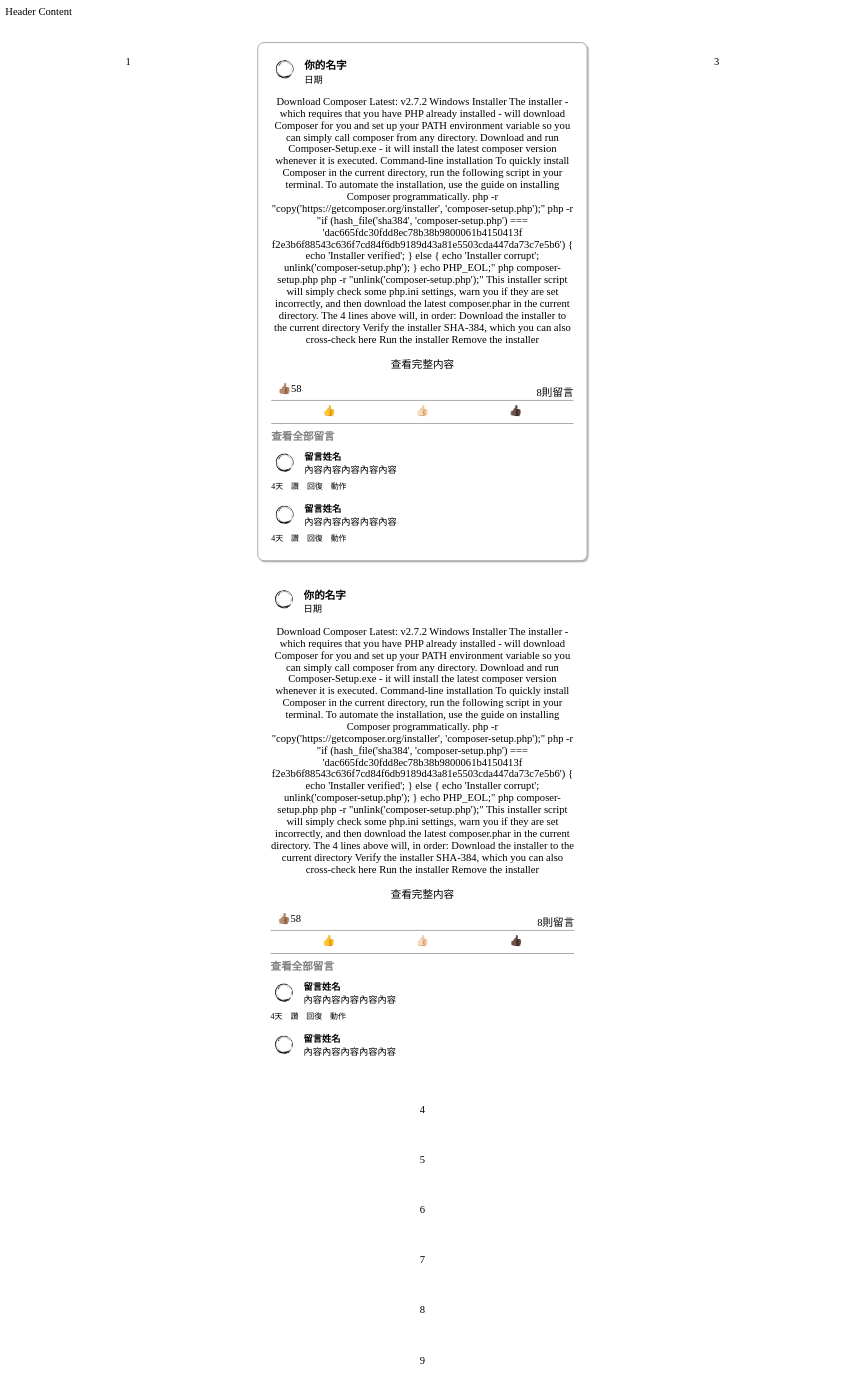
Repository: yuchiyang123/index_view
Page: http://localhost/
These files come from the project's save history. The page is drawn as it stood at one moment and after the next save; the edit follows.
The browser window is 1280 px wide. The pictures show the whole page, at 66% of full size.
The page is run by PHP 8.4 with error messages shown; the project is at /var/www/html/.

Above is the page before, as saved 2024-03-27 12:03:11.

After the next save:
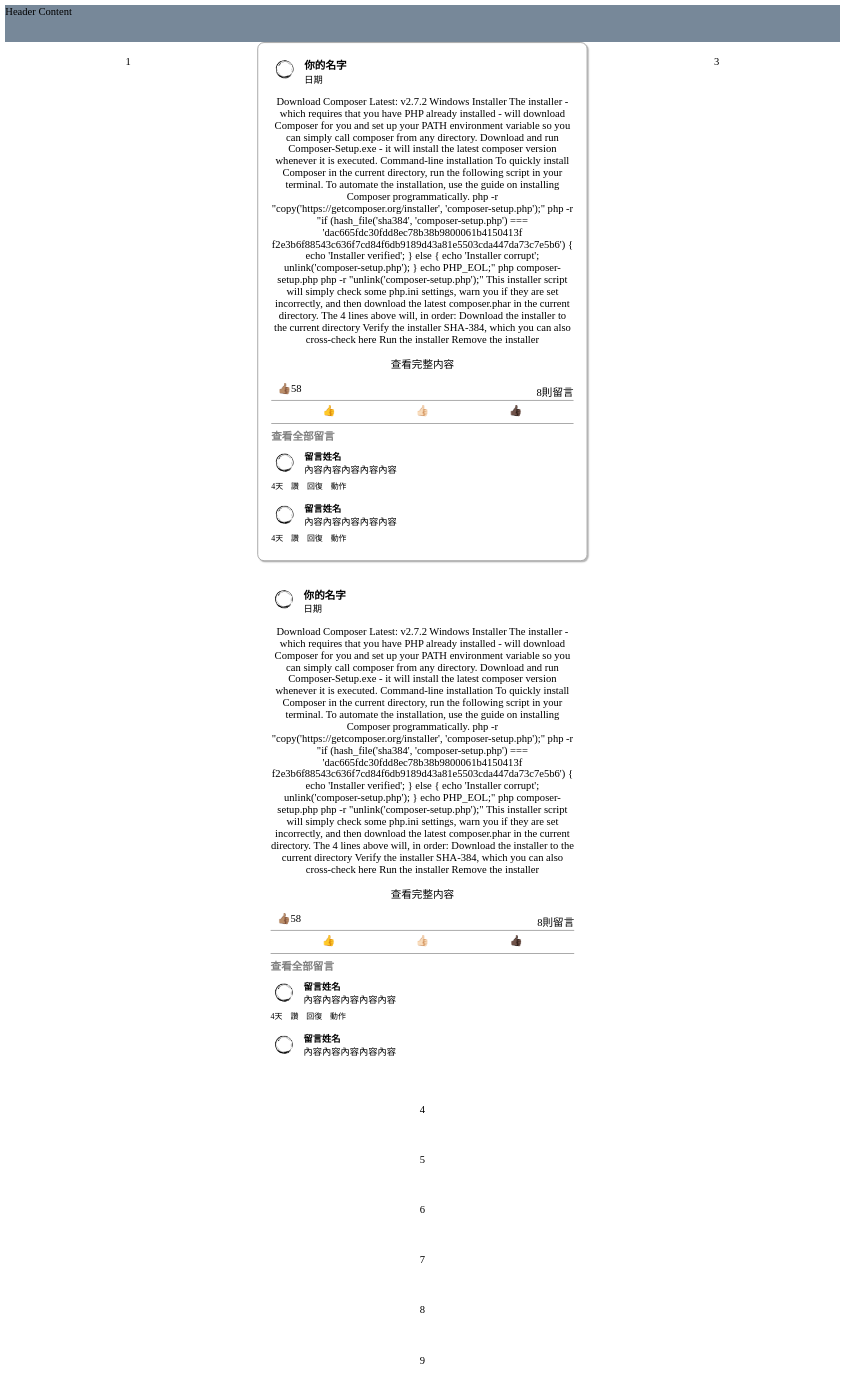
Saved 4 h 22 min later.
--- a/header.php
+++ b/header.php
@@ -5,7 +5,7 @@
     z-index: 9999; /* 确保标题栏位于其他内容的上层 */
     /* 其他样式，例如背景颜色、文本样式等 */
     grid-area: header;
-    background-color: #ffffff;
+    background-color: lightslategray;
     width: 100%; /* 设置标题栏的宽度为100%，使其填满整个屏幕 */
     height: 56px;
 

After the save that followed:
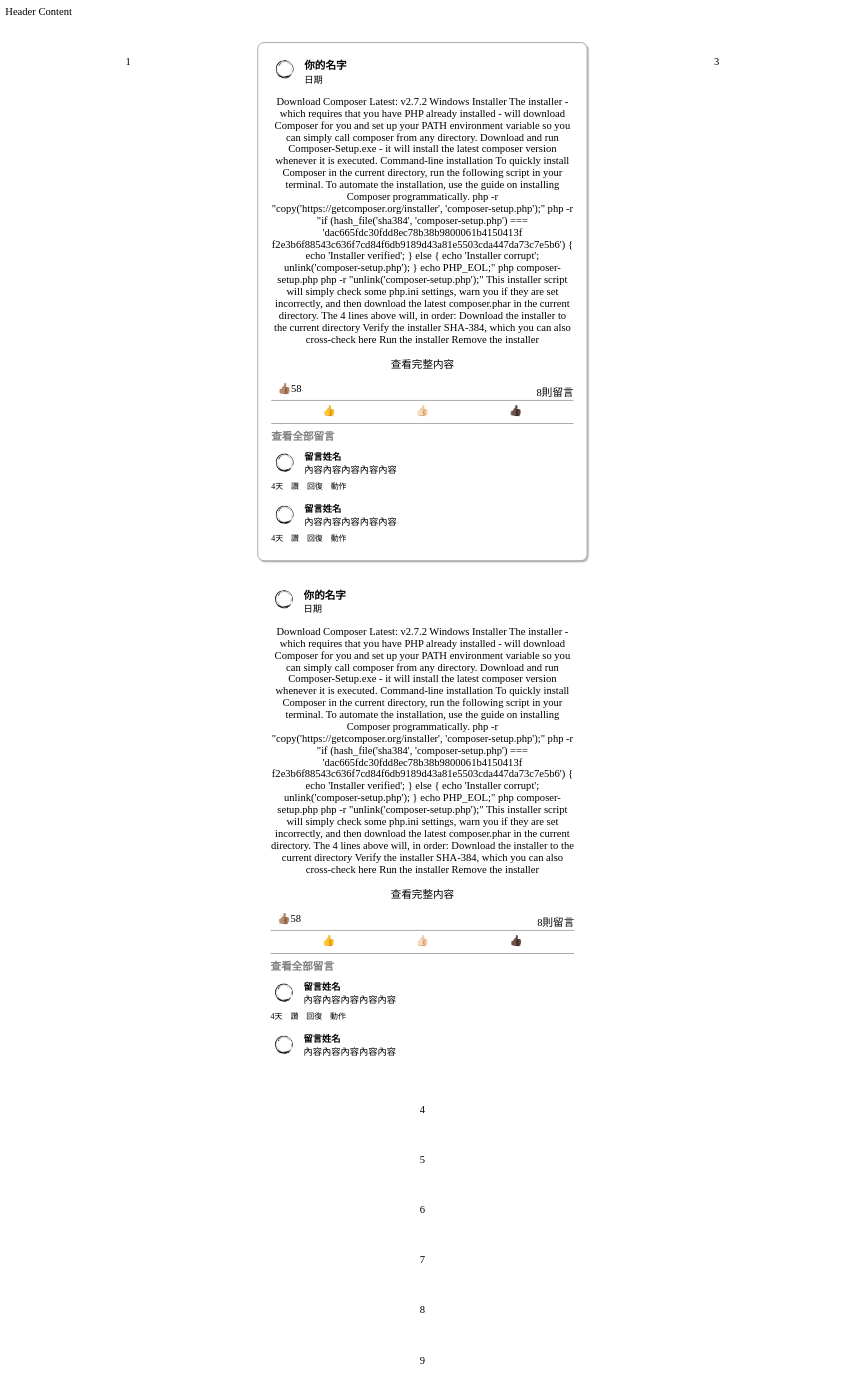
Saved 56 s later.
--- a/header.php
+++ b/header.php
@@ -5,7 +5,7 @@
     z-index: 9999; /* 确保标题栏位于其他内容的上层 */
     /* 其他样式，例如背景颜色、文本样式等 */
     grid-area: header;
-    background-color: lightslategray;
+    background-color: lightslategray(...0.5);
     width: 100%; /* 设置标题栏的宽度为100%，使其填满整个屏幕 */
     height: 56px;
 
